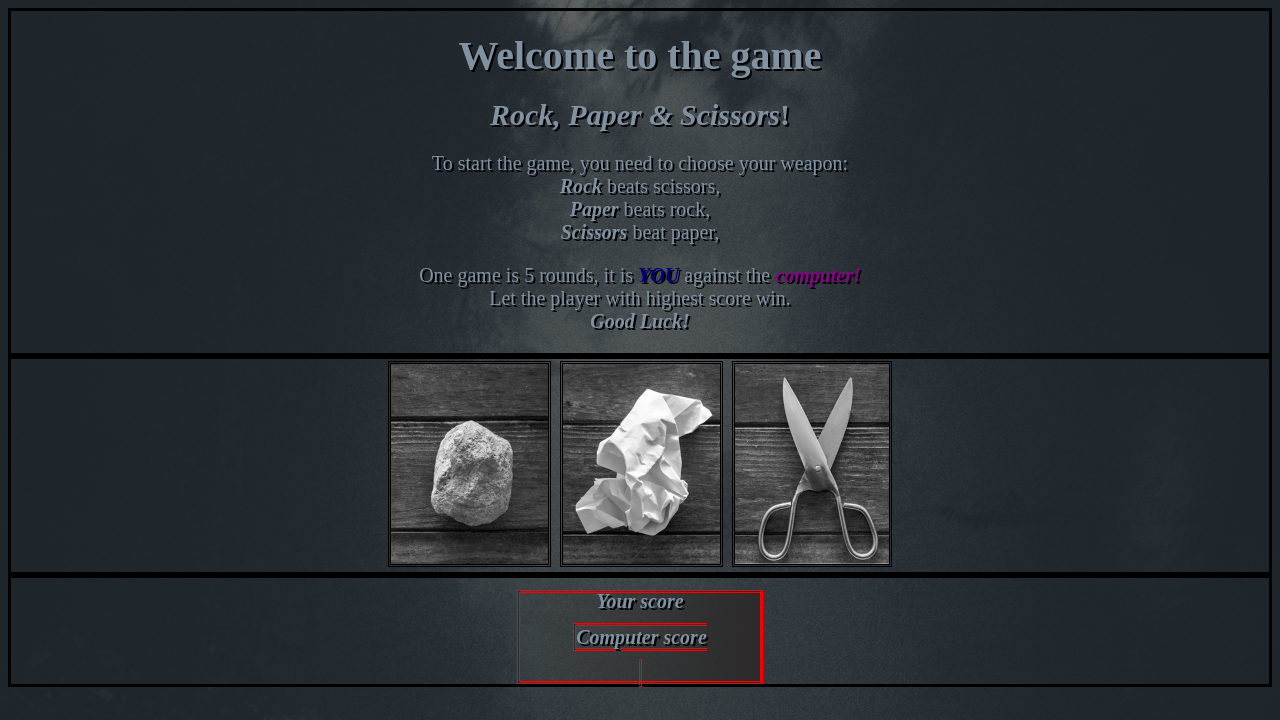
Repository: agneta1991/rock-paper-scissors
Page: Desktop/coding/index2.html
The author's editor kept a copy of each file at every save. The page is drawn from the files as they stood at one save, then again after the next save.
The browser window is 1280 px wide. The pictures show the whole page.

Above is the page before, as saved 2023-03-06 08:53:29.

After the next save:
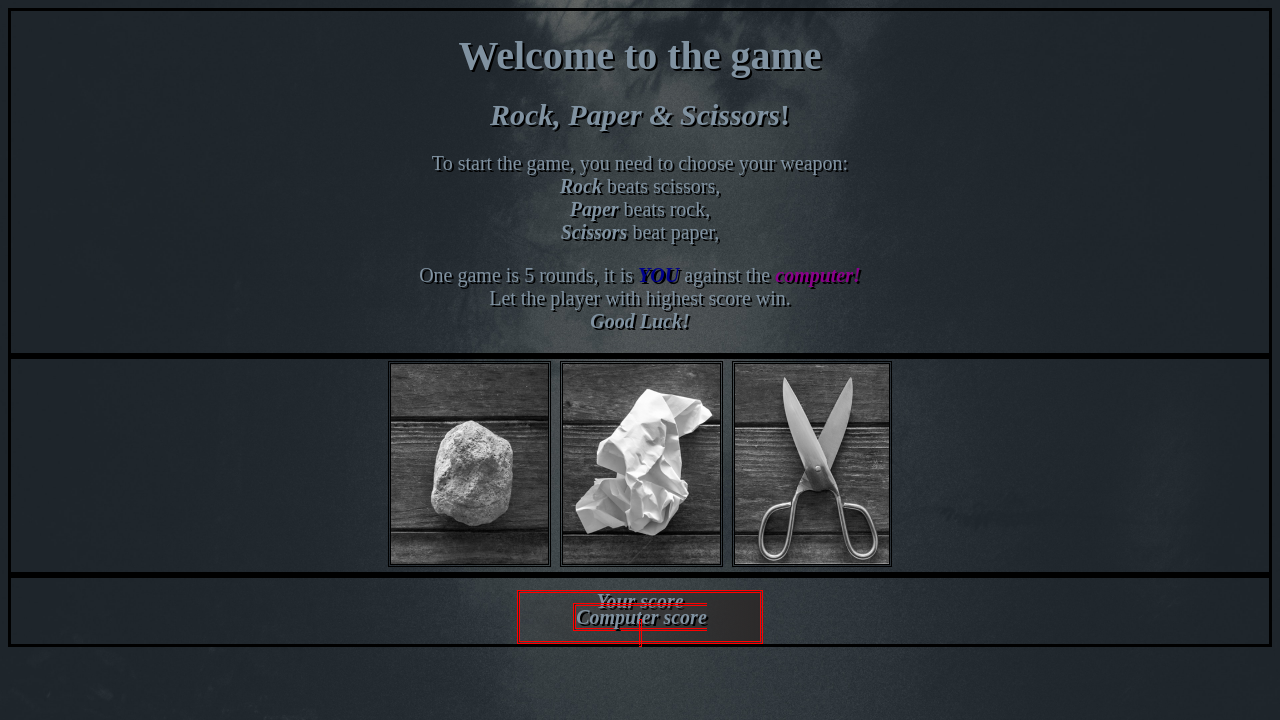
Saved 71 s later.
--- a/Desktop/coding/index2.html
+++ b/Desktop/coding/index2.html
@@ -32,9 +32,9 @@
         <div id="msg"></div>
         <div class="score">
             <div class="playerScore"><span>Your score<span></span>
-            <div id="displayedPlayerScore"></p></div>
+            <div id="displayedPlayerScore"></div>
             <div class="computerScore"><span>Computer score<span></span>
-            <div id="displayedComputerScore"></p></div></div>
+            <div id="displayedComputerScore"></div></div>
         </div>
     </div>
 </body>
